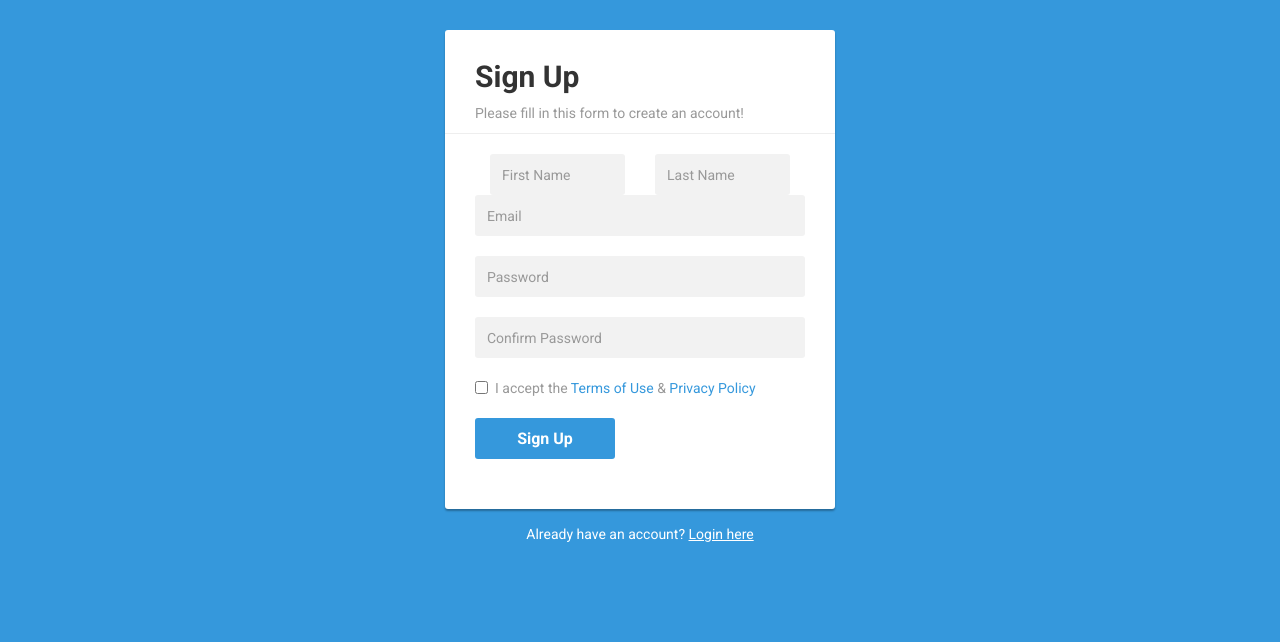
Repository: Rajat-Jain29/Java-Spring-Boot
Page: http://localhost/Registration/register.jsp
An editor plug-in stored every save of this project. The page is shown before and after the next save, followed by the edit.
The browser window is 1280 px wide. The pictures show the whole page.
The page is served by Tomcat 9. Other server files are loaded and not shown.

Above is the page before, as saved 2021-03-21 09:21:33.

### Registration/Registration/WebContent/register.jsp
<%@ page language="java" contentType="text/html; charset=ISO-8859-1"
    pageEncoding="ISO-8859-1"%>
<!DOCTYPE html PUBLIC "-//W3C//DTD HTML 4.01 Transitional//EN" "http://www.w3.org/TR/html4/loose.dtd">
<html lang="en">
<head>
<meta charset="utf-8">
<meta http-equiv="X-UA-Compatible" content="IE=edge">
<meta name="viewport" content="width=device-width, initial-scale=1">
<link href="https://fonts.googleapis.com/css?family=Roboto:400,700" rel="stylesheet">
<title>SIGN UP FORM</title>
<link rel="stylesheet" href="https://maxcdn.bootstrapcdn.com/bootstrap/3.3.7/css/bootstrap.min.css">
<script src="https://ajax.googleapis.com/ajax/libs/jquery/1.12.4/jquery.min.js"></script>
<script src="https://maxcdn.bootstrapcdn.com/bootstrap/3.3.7/js/bootstrap.min.js"></script>
<style>
	body {
		color: #fff;
		background: #3598dc;
		font-family: 'Roboto', sans-serif;
	}
    .form-control{
		height: 41px;
		background: #f2f2f2;
		box-shadow: none !important;
		border: none;
	}
	.form-control:focus{
		background: #e2e2e2;
	}
    .form-control, .btn{
        border-radius: 3px;
    }
	.signup-form{
		width: 390px;
		margin: 30px auto;
	}
	.signup-form form{
		color: #999;
		border-radius: 3px;
    	margin-bottom: 15px;
        background: #fff;
        box-shadow: 0px 2px 2px rgba(0, 0, 0, 0.3);
        padding: 30px;
    }
	.signup-form h2 {
		color: #333;
		font-weight: bold;
        margin-top: 0;
    }
    .signup-form hr {
        margin: 0 -30px 20px;
    }
	.signup-form .form-group{
		margin-bottom: 20px;
	}
	.signup-form input[type="checkbox"]{
		margin-top: 3px;
	}
	.signup-form .row div:first-child{
		padding-right: 10px;
	}
	.signup-form .row div:last-child{
		padding-left: 10px;
	}
    .signup-form .btn{
        font-size: 16px;
        font-weight: bold;
		background: #3598dc;
		border: none;
		min-width: 140px;
    }
	.signup-form .btn:hover, .signup-form .btn:focus{
		background: #2389cd !important;
        outline: none;
	}
    .signup-form a{
		color: #fff;
		text-decoration: underline;
	}
	.signup-form a:hover{
		text-decoration: none;
	}
	.signup-form form a{
		color: #3598dc;
		text-decoration: none;
	}
	.signup-form form a:hover{
		text-decoration: underline;
	}
    .signup-form .hint-text {
		padding-bottom: 15px;
		text-align: center;
    }
</style>
</head>
<body>
<div class="signup-form">
    <form action="/examples/actions/confirmation.php" method="post">
		<h2>Sign Up</h2>
		<p>Please fill in this form to create an account!</p>
		<hr>
        <div class="form-group">

				<div class="col-xs-6"><input type="text" class="form-control" name="first_name" placeholder="First Name" required="required"></div>


        </div>
        <div class="form-group">

				<div class="col-xs-6"><input type="text" class="form-control" name="last_name" placeholder="Last Name" required="required"></div>


        </div>

        <div class="form-group">
        	<input type="email" class="form-control" name="email" placeholder="Email" required="required">
        </div>
		<div class="form-group">
            <input type="password" class="form-control" name="password" placeholder="Password" required="required">
        </div>
		<div class="form-group">
            <input type="password" class="form-control" name="confirm_password" placeholder="Confirm Password" required="required">
        </div>
        <div class="form-group">
			<label class="checkbox-inline"><input type="checkbox" required="required"> I accept the <a href="#">Terms of Use</a> &amp; <a href="#">Privacy Policy</a></label>
		</div>
		<div class="form-group">
            <button type="submit" class="btn btn-primary btn-lg">Sign Up</button>
        </div>
    </form>
	<div class="hint-text">Already have an account? <a href="#">Login here</a></div>
</div>
</body>
</html>

After the next save:
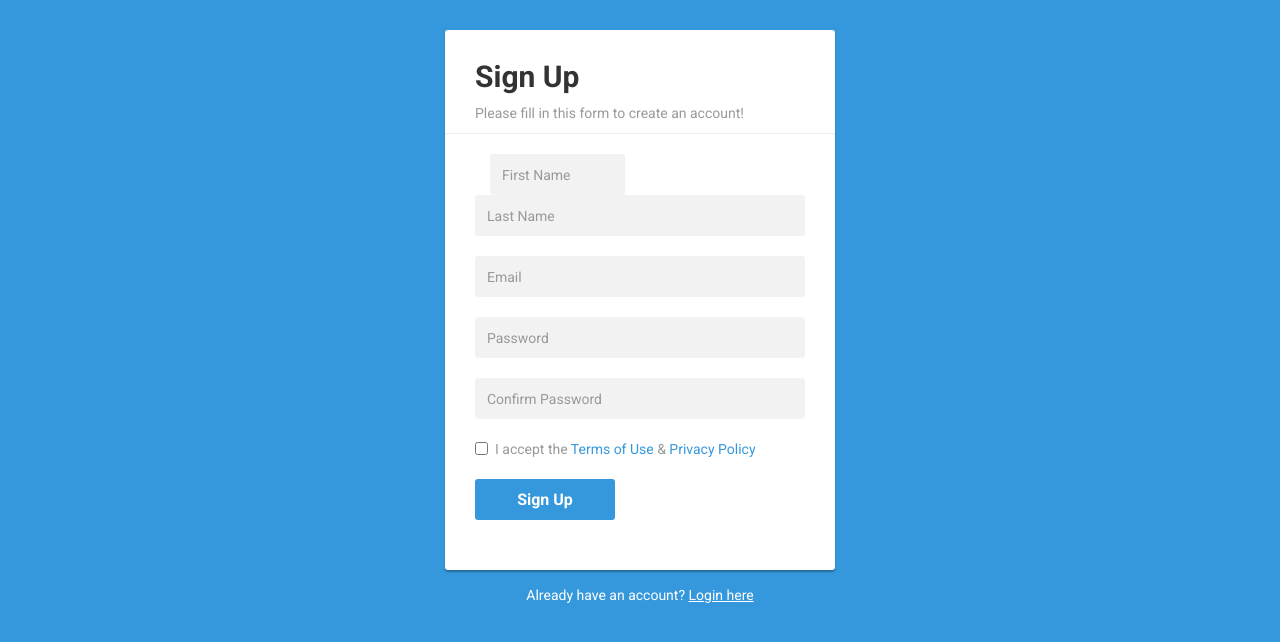
Saved 26 s later.
--- a/Registration/Registration/WebContent/register.jsp
+++ b/Registration/Registration/WebContent/register.jsp
@@ -106,7 +106,7 @@
         </div>
         <div class="form-group">
 
-				<div class="col-xs-6"><input type="text" class="form-control" name="last_name" placeholder="Last Name" required="required"></div>
+			<input type="text" class="form-control" name="last_name" placeholder="Last Name" required="required">
 
 
         </div>
